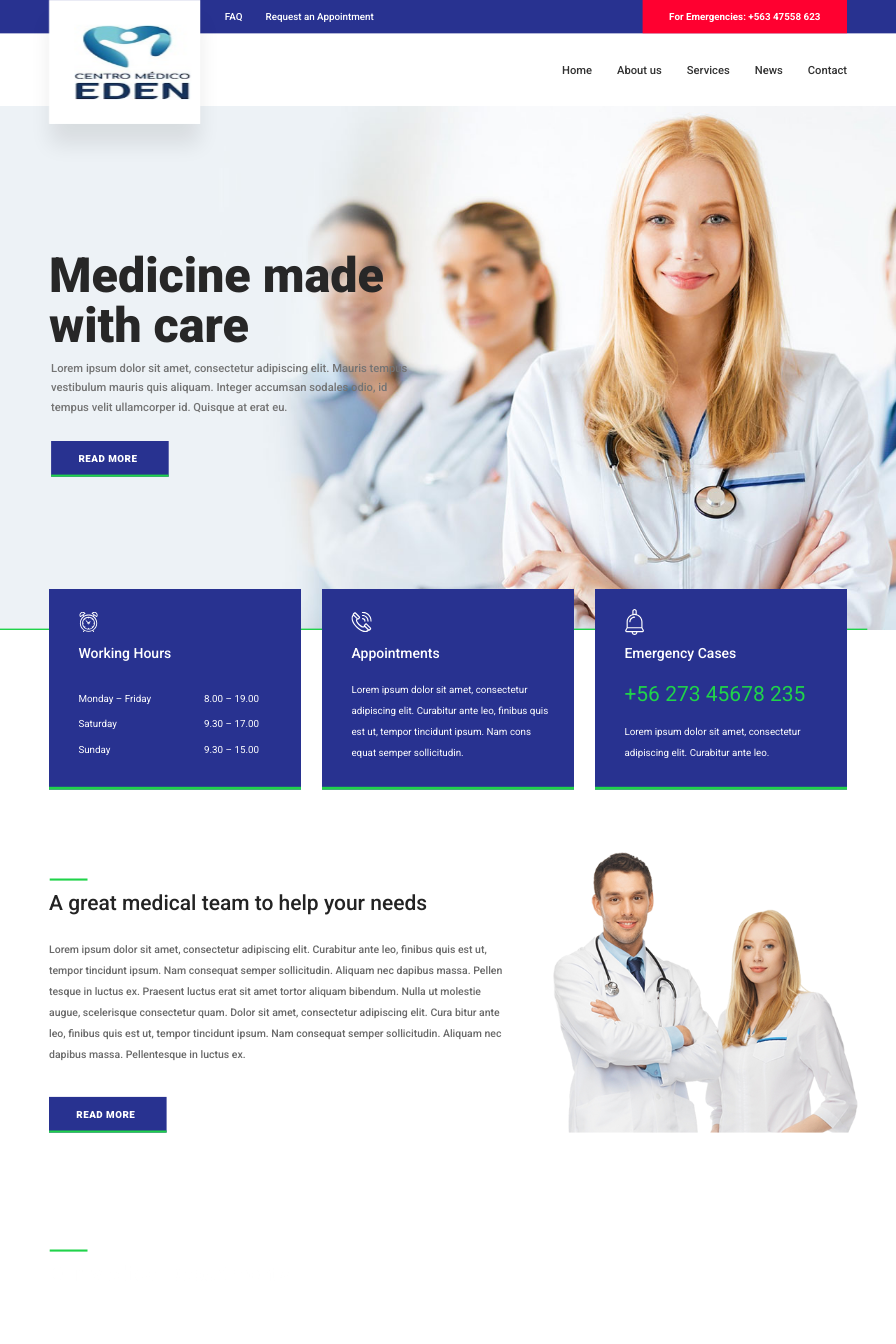
Repository: Nanitamo/centro-medico-eden-webpage
Page: index.html
These files come from the project's save history. The page is drawn as it stood at one moment and after the next save; the edit follows.
The browser window is 1280 px wide. The pictures show the part of the page from y = 0 to 1920 px (the page is 4535 px tall), at 70% of full size.

Above is the page before, as saved 2020-06-18 12:59:32.

After the next save:
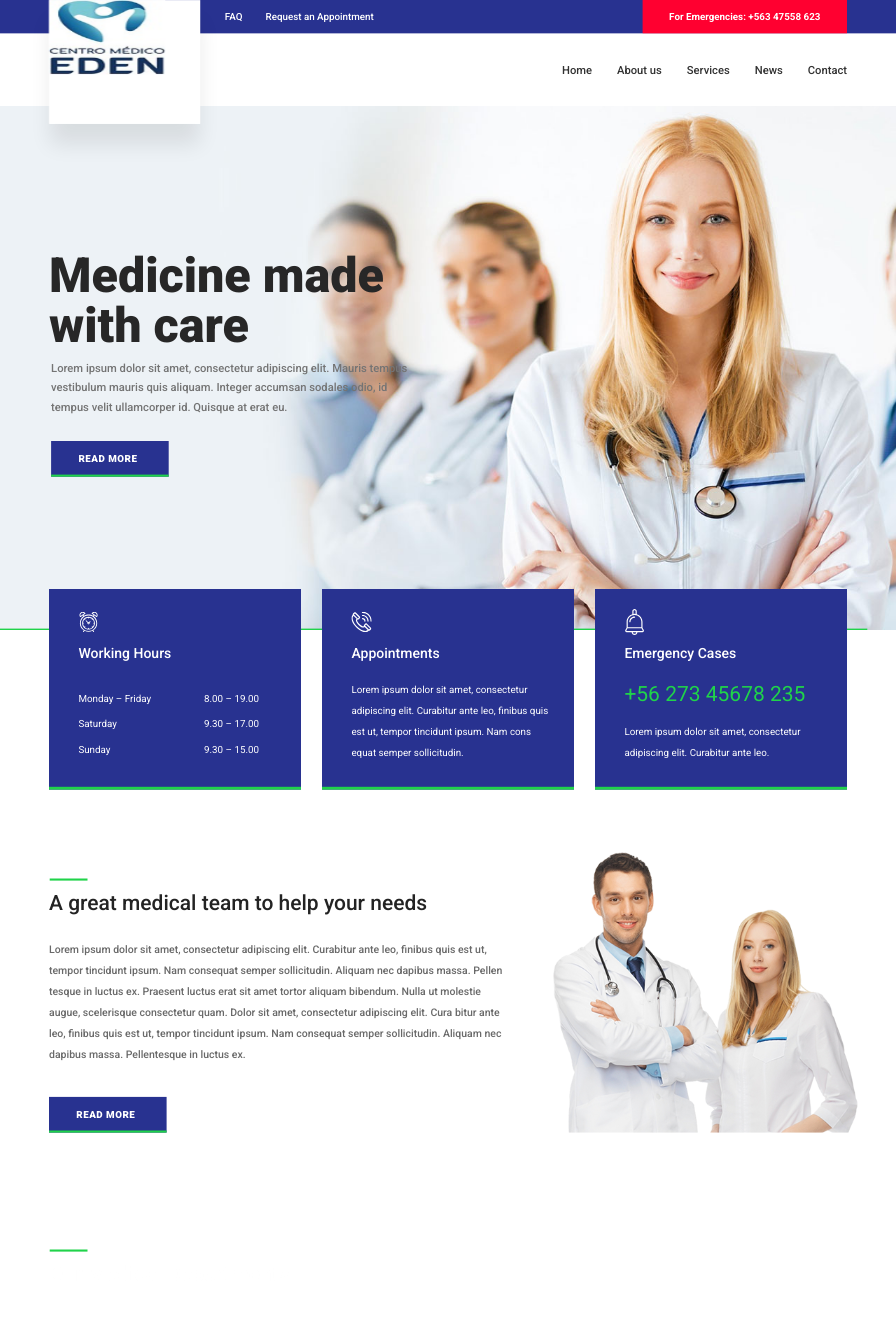
Saved 71 s later.
--- a/index.html
+++ b/index.html
@@ -67,7 +67,7 @@
 					<div class="col">
 						<div class="logo_container">
 							<a href="#">
-								<div class="logo_content d-flex flex-column align-items-start justify-content-center">
+
 									<!-- <div class="logo_line"></div>
 									<div class="logo d-flex flex-row align-items-center justify-content-center">
 										<div class="logo_text">Care<span>Med</span></div>
